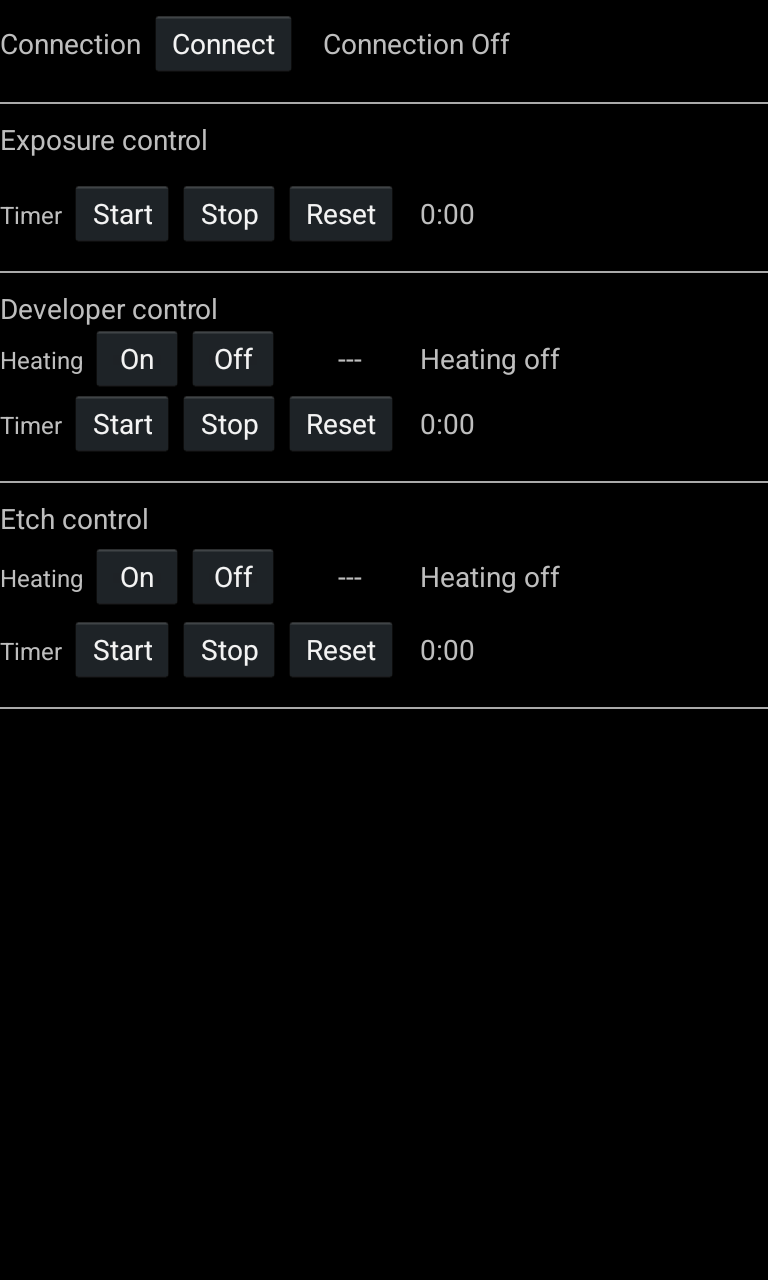
Repository: elbojvv/AndroidIO-apps
Layout: EtchControl/EtchControl/res/layout/activity_main.xml
These files come from the project's save history. The layout is drawn as it stood at one moment and after the next save; the edit follows.
It is drawn on a 768 x 1280 px phone screen (xhdpi) without system bars, with theme android:Theme.Holo; the app's code is not run.

Above is the layout before, as saved 2015-06-25 19:20:44.

After the next save:
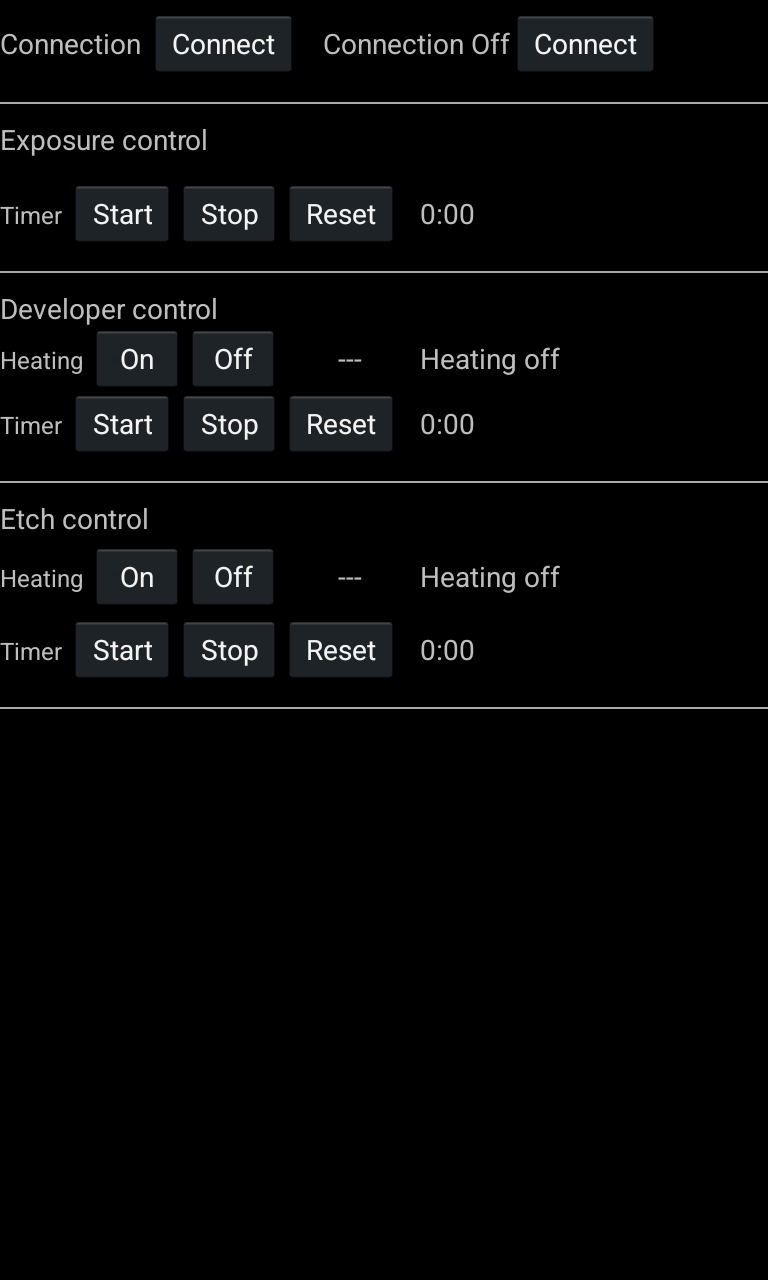
Saved 100 s later.
--- a/EtchControl/EtchControl/res/layout/activity_main.xml
+++ b/EtchControl/EtchControl/res/layout/activity_main.xml
@@ -39,6 +39,18 @@
         android:layout_toRightOf="@+id/idBTConnect"
         android:textAppearance="?android:attr/textAppearanceSmall" />
 
+   	<Button
+        android:id="@+id/idBTConnect2"
+        style="?android:attr/buttonStyleSmall"
+        android:layout_width="wrap_content"
+        android:layout_height="wrap_content"
+		android:minHeight="0dp"
+        android:layout_alignBaseline="@+id/idBTStatus"
+        android:layout_alignBottom="@+id/idBTStatus"
+        android:layout_toRightOf="@+id/idBTStatus"
+        android:text="@string/connect" />
+
+
   <!-- EXPOSURE CONTROL -->
 
     <View
